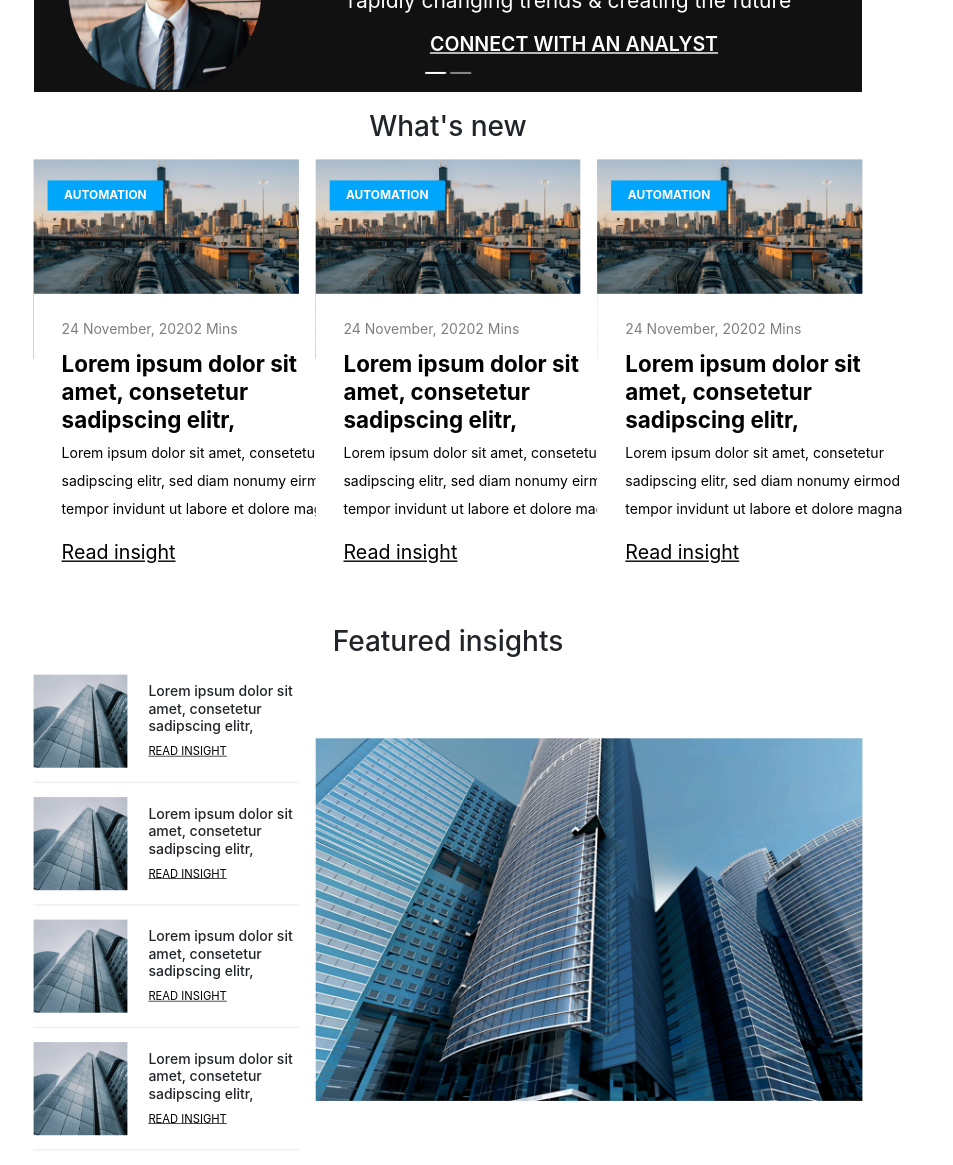
Repository: arif286/Business-webpage
Page: /
An editor plug-in stored every save of this project. The page is shown before and after the next save, followed by the edit.
The browser window is 1280 px wide. The page is 1361 px wide, so the pictures cover 1361 px, including what lies to the right of the window. The pictures show the part of the page from y = 1144 to 2904 px (the page is 2808 px tall before and 2904 px after), at 70% of full size.
The project was rebuilt for these pictures with package versions that can differ from the ones it lists, and the page was loaded fresh each time. Also part of the build but not shown: src/components/MainHeader/MainHeader.css, src/components/NotFound/NotFound.js.

Above is the page before, as saved 2021-05-27 17:13:15.

After the next save:
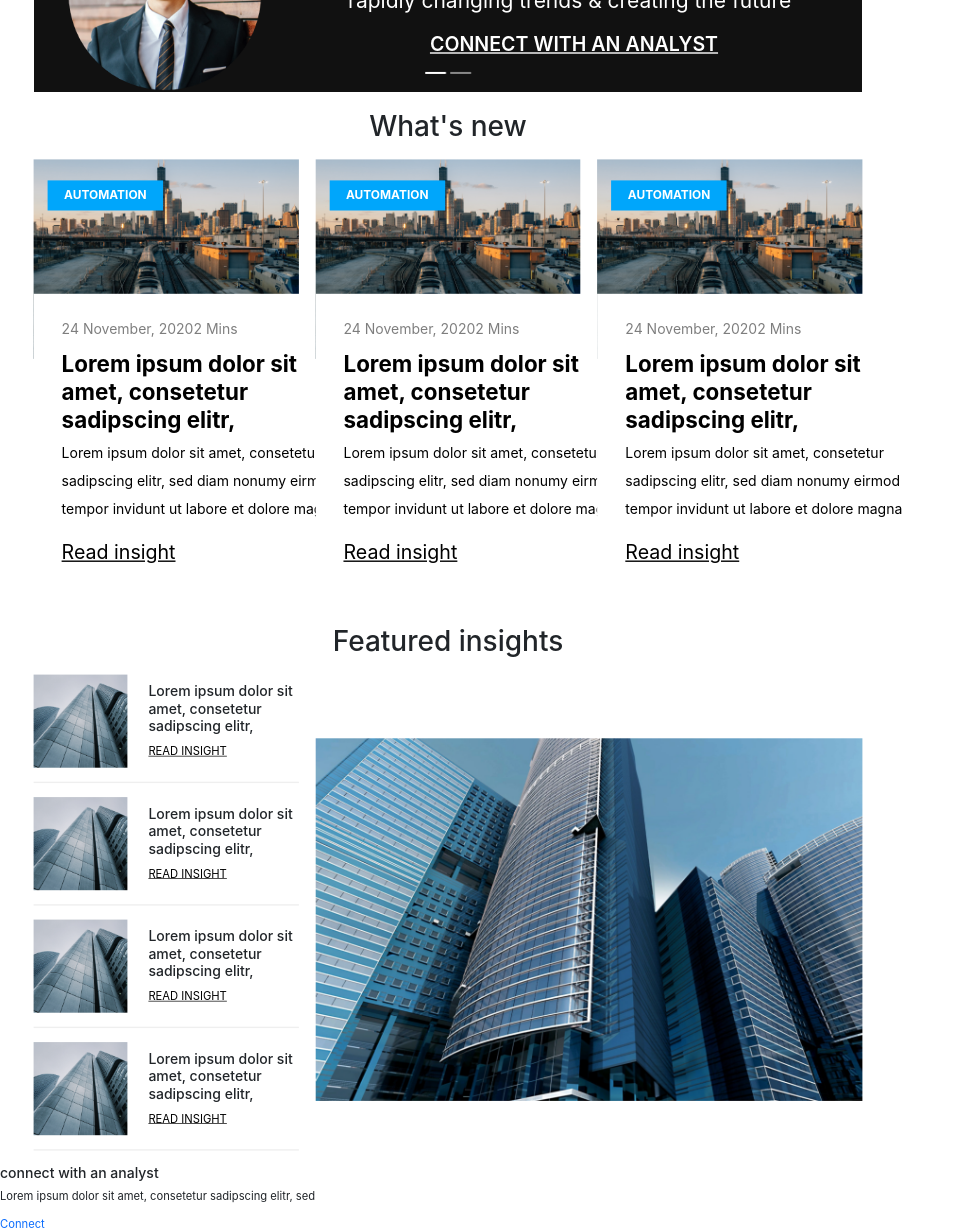
Saved 18 s later.
--- a/src/components/Home/Home.js
+++ b/src/components/Home/Home.js
@@ -1,6 +1,7 @@
 import React from 'react';
 import Blog from '../Blog/Blog';
 import Community from '../Community/Community';
+import Contact from '../Contact/Contact';
 import Featured from '../Featured/Featured';
 import MainHeader from '../MainHeader/MainHeader';
 import Testimonial from '../Testimonial/Testimonial';
@@ -14,7 +15,8 @@
             <Community />
             <Testimonial />
             <Blog />
-            <Featured/>
+            <Featured />
+            <Contact/>
         </>
     );
 };
